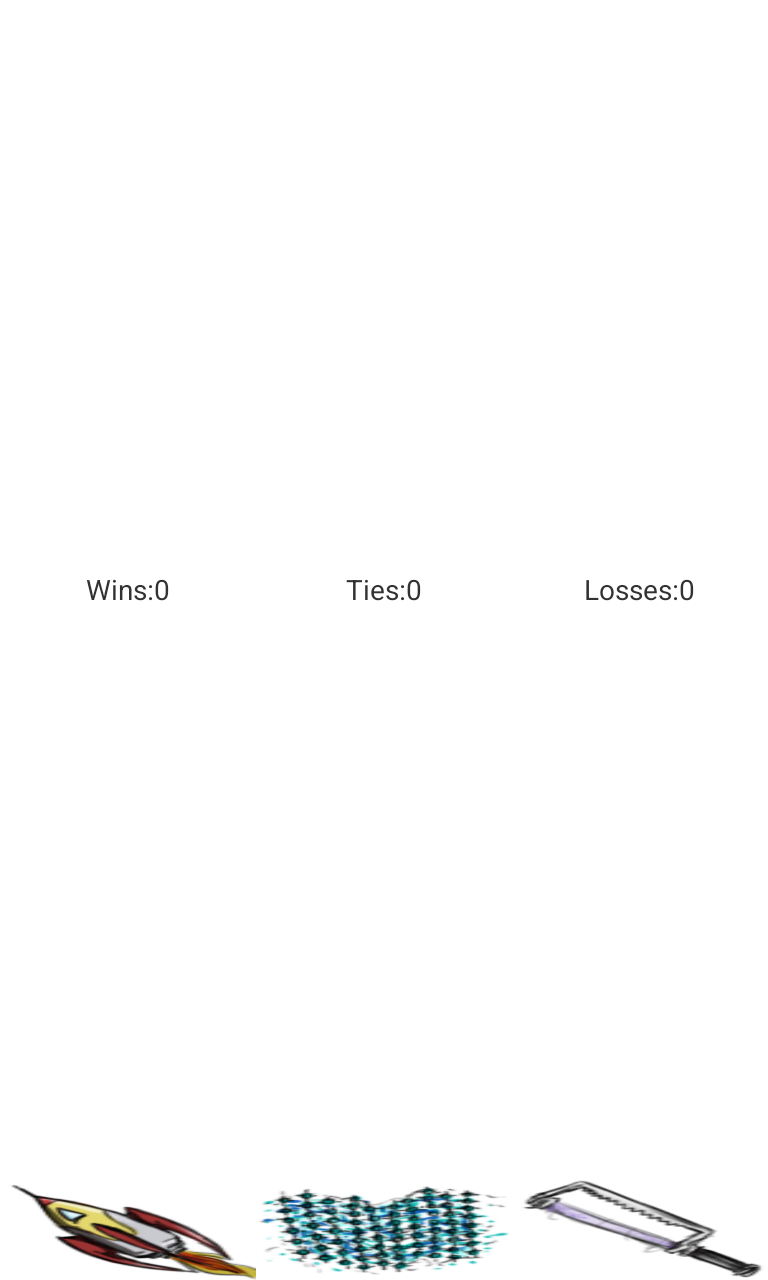
Repository: BU-HuangJ/angrybots_android_app
Layout: workspace/AngryBots/res/layout/activity_mini_game3.xml
An editor plug-in stored every save of this project. The layout is shown before and after the next save, followed by the edit.
It is drawn on a 768 x 1280 px phone screen (xhdpi) without system bars, with theme AppTheme; the app's code is not run.

Above is the layout before, as saved 2013-04-29 17:57:48.

After the next save:
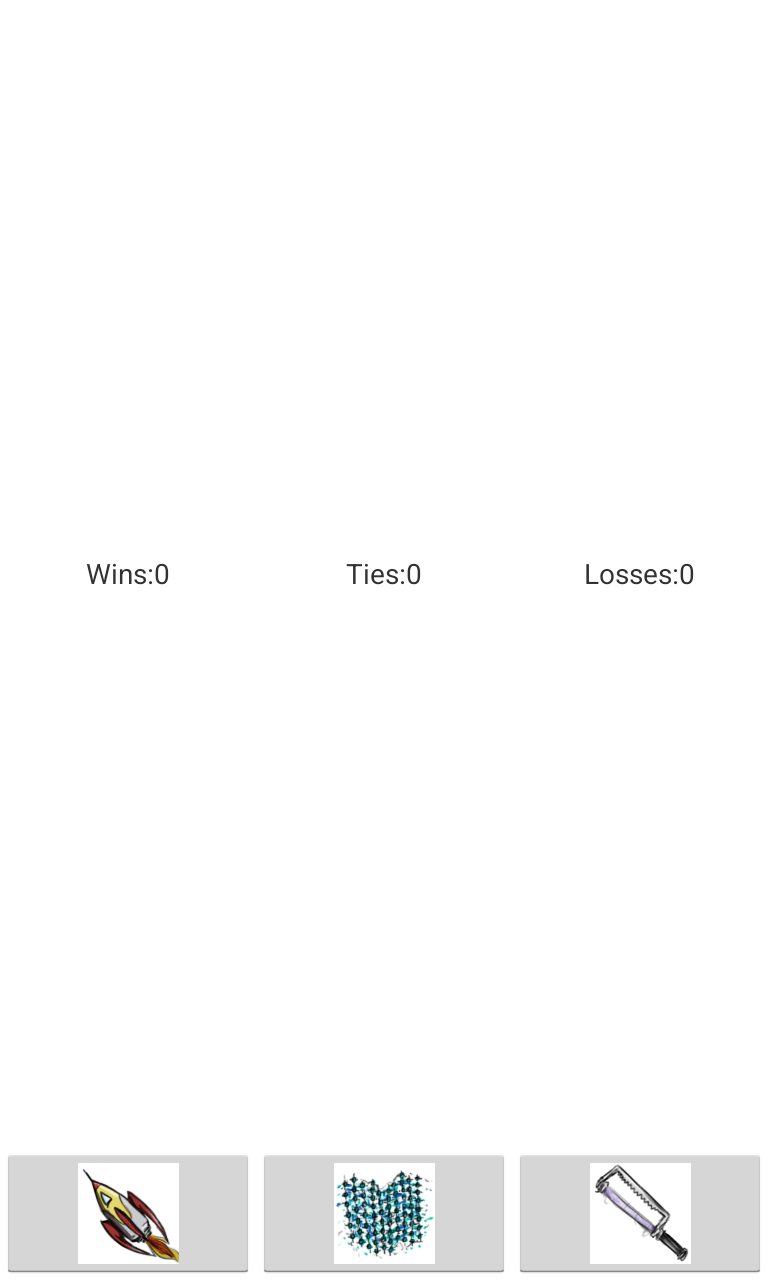
Saved 31 s later.
--- a/workspace/AngryBots/res/layout/activity_mini_game3.xml
+++ b/workspace/AngryBots/res/layout/activity_mini_game3.xml
@@ -102,7 +102,7 @@
 	        android:layout_height="wrap_content"
 	        android:layout_weight="1"
 	        android:onClick="chooseRock"
-   	    	android:background="@drawable/rpc_rock_rocket" />
+	        android:src="@drawable/rpc_rock_rocket" />
 
         <ImageButton
 	        android:id="@+id/bot_paper"
@@ -110,7 +110,7 @@
 	        android:layout_height="wrap_content"
 	        android:layout_weight="1"
 	        android:onClick="choosePaper"
-   	    	android:background="@drawable/rpc_paper_nano_net" />
+	        android:src="@drawable/rpc_paper_nano_net" />
 
         <ImageButton
 	        android:id="@+id/bot_scissors"
@@ -118,7 +118,7 @@
 	        android:layout_height="wrap_content"
 	        android:layout_weight="1"
 	        android:onClick="chooseScissors"
-   	    	android:background="@drawable/rpc_scissors_laser_cutter" />
+	        android:src="@drawable/rpc_scissors_laser_cutter" />
 
     </LinearLayout>
 
